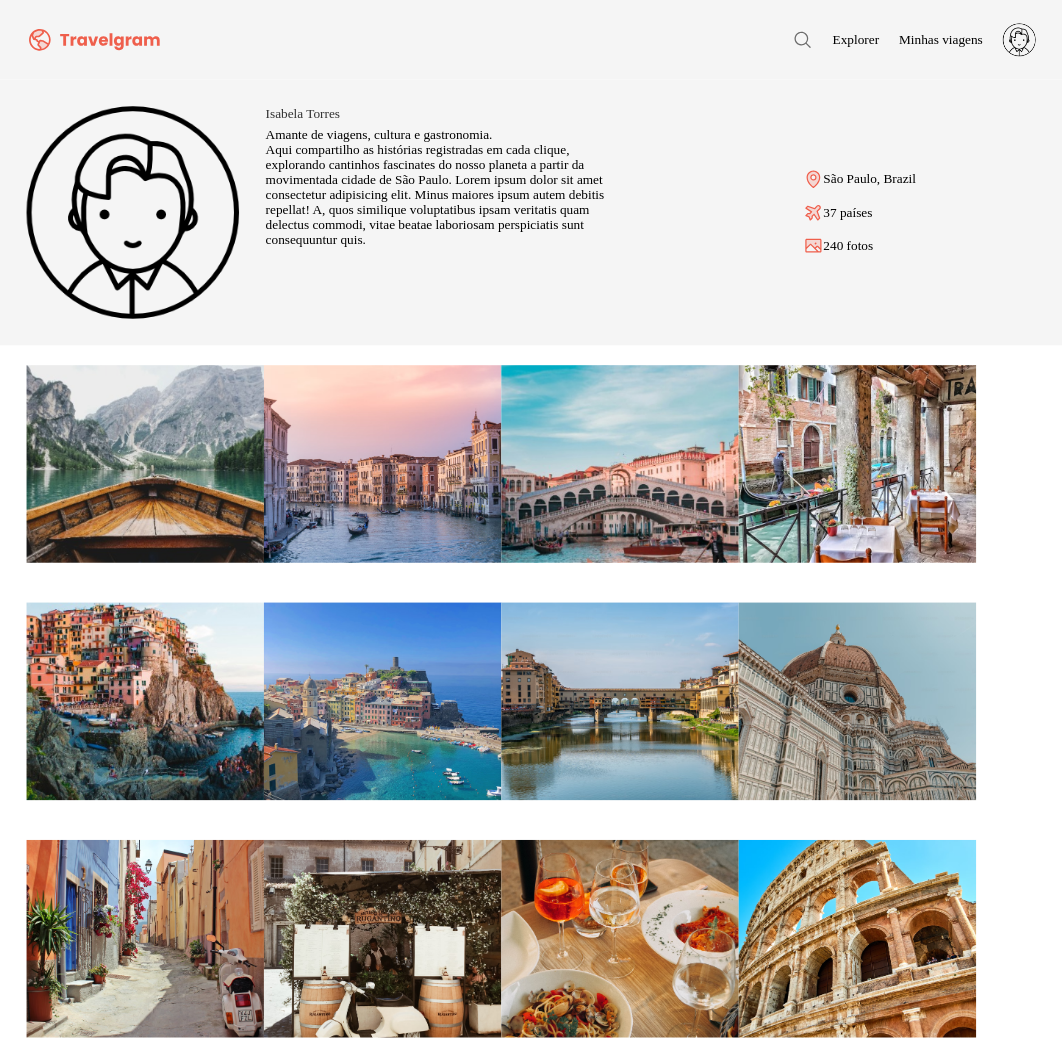
Repository: JeffRodFer/projeto-Travelgran-Rockeseat
Page: index.html
These files come from the project's save history. The page is drawn as it stood at one moment and after a run of saves; the edit follows.
The browser window is 1280 px wide. The pictures show the whole page, at 83% of full size.

Above is the page before, as saved 2025-03-22 16:51:18.

### index.html
<!DOCTYPE html>
<html lang="pt-br">
    <head>

        <link rel="preconnect" href="https://fonts.googleapis.com">
        <link rel="preconnect" href="https://fonts.gstatic.com" crossorigin>
        <meta charset="UTF-8">
        <meta name="viewport" content="width=device-width, initial-scale=1.0">
        <title>travelgran | Perfil de viagens</title>
        <link rel="stylesheet" href="styles/index.css">
        <link href="https://fonts.googleapis.com/css2?family=Bree+Serif&family=Poppins:wght@400;700&display=swap" rel="stylesheet">

    </head>
    <body>
         <div class="bg-surface-color">
                <nav class="container">
                        <a href="#" id="logo">
                        <img src="assets/Logo.svg" alt="logomarca">
                        </a>
                    <ul id="primary-menu">
                        <li>
                            <a href="#">
                                <img src="assets/icons/MagnifyingGlass.svg" alt="ícone de lupa">
                            </a>
                        </li>
                        <li><a href="#">Explorer</a></li>
                        <li><a href="#">Minhas viagens</a></li>
                        <li><a href="#">
                            <img src="assets/profi-pic-2.png" alt="foto de perfil do boy">
                            </a>
                        </li>
                    </ul
                    </nav>
         </div>
         <div class="bg-surface-color">
                <header>
                    <div class="container">
                        <div id="profile">
                            <img src="assets/profi-pic-2.png" alt="imagem do boy">
                             <div>
                                    <h1>Isabela Torres</h1>
                                    <p>
                                        Amante de viagens, cultura e gastronomia.<br> Aqui compartilho as histórias registradas em cada clique, explorando cantinhos fascinates do nosso planeta a partir da movimentada cidade de São Paulo. Lorem ipsum dolor sit amet consectetur adipisicing elit. Minus maiores ipsum autem debitis repellat! A, quos similique voluptatibus ipsam veritatis quam delectus commodi, vitae beatae laboriosam perspiciatis sunt consequuntur quis.
                                    </p>
                             </div>
                        </div>
                            <ul id="info">
                                <li>
                                    <img src="assets/icons/MapPin.svg" alt="ícone de mapa">
                                    <span>São Paulo, Brazil</span>
                                </li>
                                <li>
                                    <img src="assets/icons/AirplaneTilt.svg" alt="ícone de avião">
                                    <span>37 países</span>
                                </li>
                                <li>
                                    <img src="assets/icons/Image.svg" alt="ícone de fotos">
                                    <span>240 fotos</span>
                                </li>
                            </ul>
                    </div>
                </header>
        </div>
        <main class="container">
            <img src="assets/images/Image 01.png" alt="...">
            <img src="assets/images/Image 02.png" alt="...">
            <img src="assets/images/Image 03.png" alt="...">
            <img src="assets/images/Image 04.png" alt="...">
            <img src="assets/images/Image 05.png" alt="...">
            <img src="assets/images/Image 06.png" alt="...">
            <img src="assets/images/Image 07.png" alt="...">
            <img src="assets/images/Image 08.png" alt="...">
            <img src="assets/images/Image 09.png" alt="...">
            <img src="assets/images/Image 10.png" alt="...">
            <img src="assets/images/Image 11.png" alt="...">
            <img src="assets/images/Image 12.png" alt="...">
        </main>
    </body>


</html>

### styles/global.css
* {
    margin: 0;
    padding: 0;
    box-sizing: border-box;
}
:root {
--brand-color: #ef5f4c;
--background-color: #ffffff;
--surface-color: #f5f5f5;
--skeleton-color: #d9d9d9;
--shape-transparent: #ffffff8f;
--text-color-primary: #313131;
--text-color-secondary: #6c6c6c:

--font-family: "Poppins" , sans-serif;
--text-lg: bold 32px/125% var(--font-family);
--text: 16px/1.5 var(--font-family);
--text-md: 14px/170% var(--font-family);
--text-sm: 12px/170% var(--font-family);

}
body {
    font: var(--text);
    color: var(--text-color-secondary);
    background-color: var(--background-color);
}
a {
    text-decoration: none;
    color: inherit;
}
a:hover {
    color: var(--brand-color);
    text-decoration: underline;
}

.container {
    padding-inline: 32px;
    margin-inline: auto;
}

.bg-surface-color {
    background-color: var(--surface-color);
}

### styles/nav.css
nav {
    display: flex;
    justify-content: space-between;
    align-items: center;

    line-height: 0;
    padding-block: 20px;

}

nav ul {
    display: flex;
    list-style: none;
    align-items: center;
    gap: 24px;

    padding-block: 8px;;
}

nav ul li:last-child img {
    width: 40px;
    height: 40px;
    object-fit: cover;
    border-radius: 50%;
}

### styles/header.css
header {
    padding-block: 32px;

    font: var(--text-md);

}

header .container {
    display: flex;
    justify-content: space-between;
    align-items: center;
}

#profile {
    display: flex;
    gap: 32px;
}

#profile > div {
    max-width: 420px;
}

#profile h1 {
    font: var(--text-lg);
    color: var(--text-color-primary);
    margin-bottom: 8px;
}

#info {
    display: flex;
    flex-direction: column;
    gap: 16px;

    width: 280px;
}
#info li {
    display: flex;
    align-items: center;
}

### styles/main.css
main {
    display: flex;
    flex-wrap: wrap;
}
main img {
    width: 286px;
    height: 286px;
    object-fit: cover;
    gap: 24px;
    padding-block: 24px;
}

Loaded but not shown: styles/index.css (common file)

After the next 3 saves:
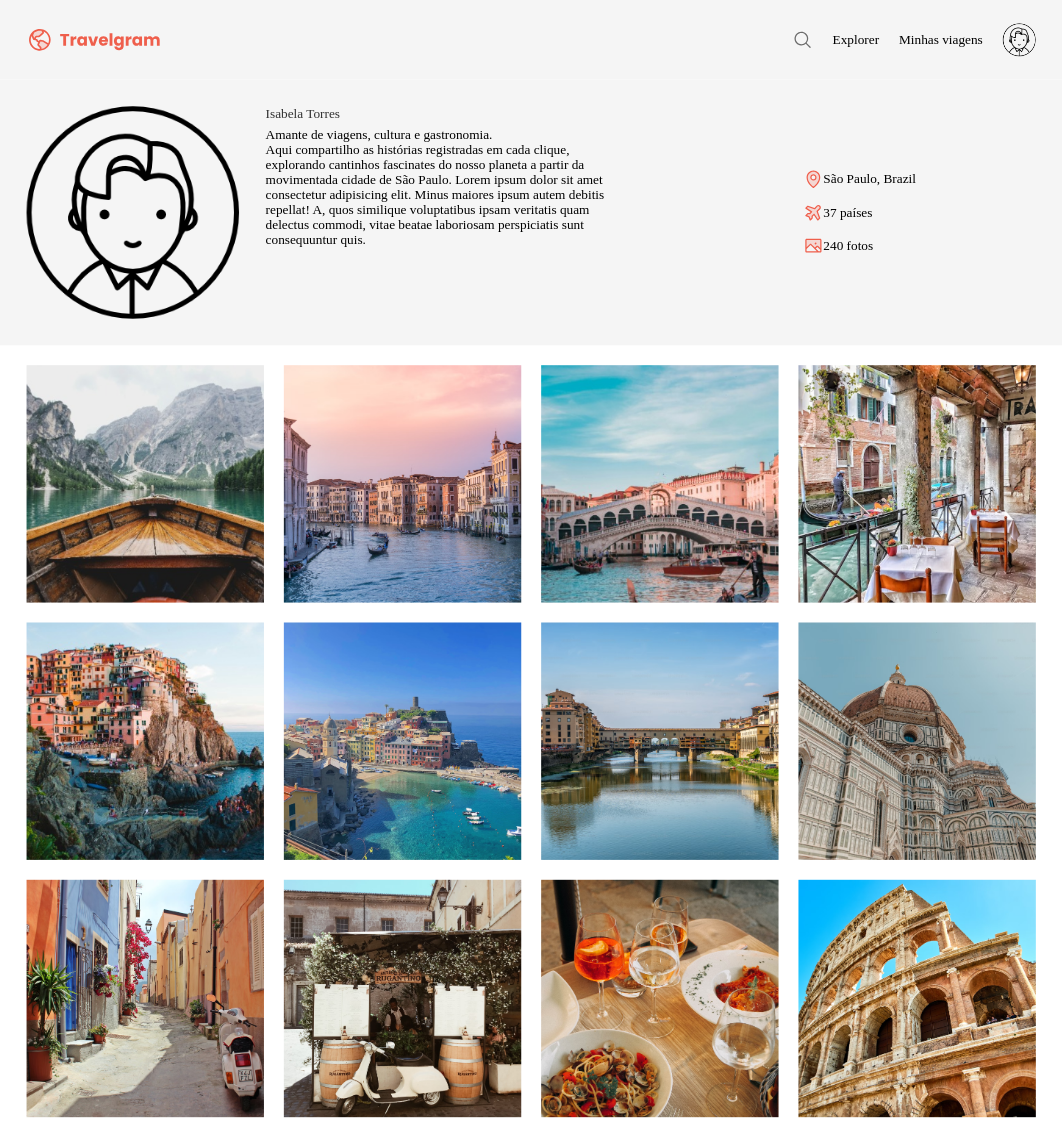
The 3 saves are shown as one change because they came seconds apart.
The last was saved 46 s later.
--- a/styles/main.css
+++ b/styles/main.css
@@ -1,11 +1,12 @@
 main {
     display: flex;
     flex-wrap: wrap;
+    gap: 24px;
+    padding-block: 24px;
 }
 main img {
     width: 286px;
     height: 286px;
     object-fit: cover;
-    gap: 24px;
-    padding-block: 24px;
+
 }
